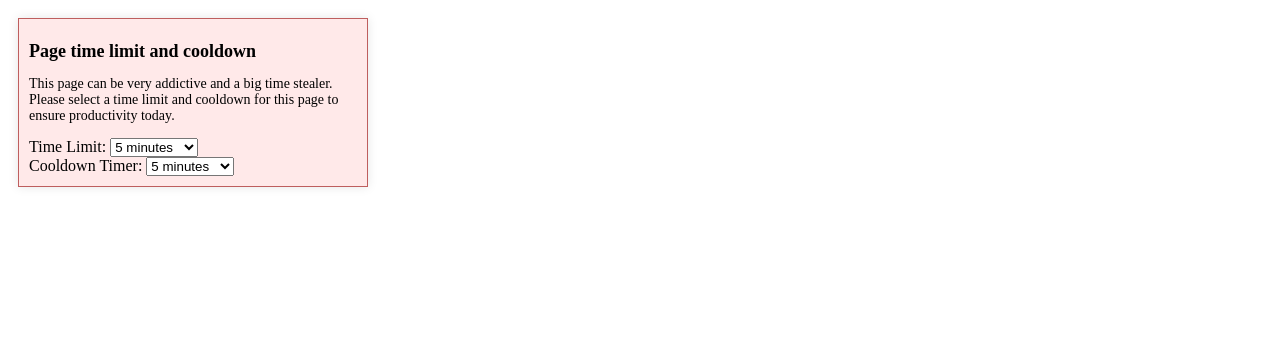
Repository: AndrlmMass/Time-management-chrome-extension
Page: popup2.html
These files come from the project's save history. The page is drawn as it stood at one moment and after the next save; the edit follows.
The browser window is 1280 px wide. The pictures show the whole page.

Above is the page before, as saved 2023-08-24 20:45:21.

After the next save:
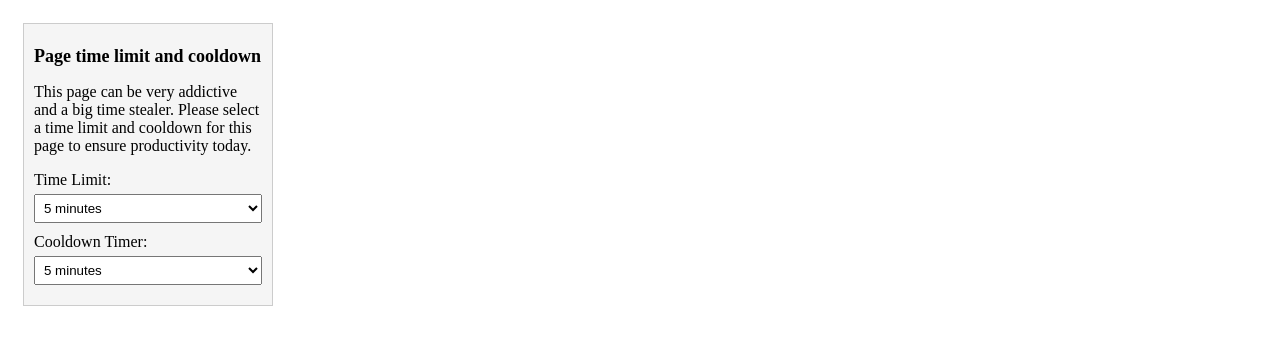
Saved 38 s later.
--- a/popup.css
+++ b/popup.css
@@ -1,25 +1,26 @@
 body {
-  width: 350px;
-  padding: 10px;
-}
+    width: 250px;
+    padding: 15px;
+  }
 
-#popup-container {
-  padding: 10px;
-  background-color: #ffe9e9;
-  border: 1px solid #be5e5e;
-  box-shadow: 0 0 10px rgba(0, 0, 0, 0.1);
-}
+  #popup-container {
+    background-color: #f5f5f5;
+    border: 1px solid #ccc;
+    padding: 10px;
+  }
 
-h1 {
-  font-size: 18px;
-  margin-bottom: 10px;
-}
+  h1 {
+    font-size: 18px;
+    margin-bottom: 10px;
+  }
 
-p {
-  font-size: 14px;
-}
+  label {
+    display: block;
+    margin-bottom: 5px;
+  }
 
-#close-button {
-  margin-top: 10px;
-  display: none;
-}
+  select, input[type="number"] {
+    width: 100%;
+    padding: 5px;
+    margin-bottom: 10px;
+  }
